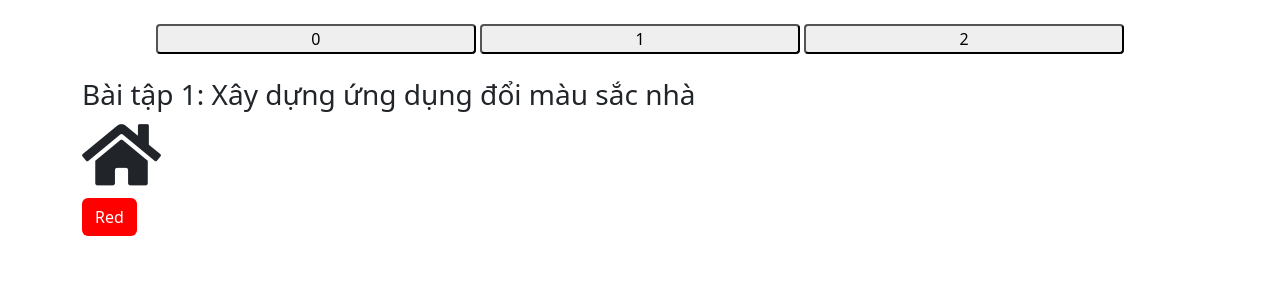
Repository: hcozyph/CyberSoft_Bai_Tap_Tren_Lop
Page: ES6/ES6_BASIC/index.html
These files come from the project's save history. The page is drawn as it stood at one moment and after the next save; the edit follows.
The browser window is 1280 px wide. The pictures show the whole page.
Some web libraries are served in a nearby version.

Above is the page before, as saved 2023-03-19 11:05:59.
Console error: ReferenceError: hoTen is not defined

### ES6/ES6_BASIC/index.html
<!DOCTYPE html>
<html lang="en">
    <head>
        <title>ES6-BASIC</title>
        <!-- Required meta tags -->
        <meta charset="utf-8" />
        <meta
            name="viewport"
            content="width=device-width, initial-scale=1, shrink-to-fit=no"
        />

        <link
            rel="stylesheet"
            href="https://use.fontawesome.com/releases/v5.1.1/css/all.css"
            integrity="sha384-O8whS3fhG2OnA5Kas0Y9l3cfpmYjapjI0E4theH4iuMD+pLhbf6JI0jIMfYcK3yZ"
            crossorigin="anonymous"
        />
        <!-- Bootstrap CSS v5.2.1 -->
        <link
            href="https://cdn.jsdelivr.net/npm/bootstrap@5.2.1/dist/css/bootstrap.min.css"
            rel="stylesheet"
            integrity="sha384-iYQeCzEYFbKjA/T2uDLTpkwGzCiq6soy8tYaI1GyVh/UjpbCx/TYkiZhlZB6+fzT"
            crossorigin="anonymous"
        />
    </head>

    <body>
        <div class="text-center my-4">
            <button class="w-25 rounded-1">0</button>
            <button class="w-25 rounded-1">1</button>
            <button class="w-25 rounded-1">2</button>
        </div>

        <div class="container">
            <h3>Bài tập 1: Xây dựng ứng dụng đổi màu sắc nhà</h3>
            <i class="fa fa-home" id="home" style="font-size: 70px"></i>

            <div id="colors" class="mt-2">
                <button class="btn text-white" style="background-color: red">
                    Red
                </button>
            </div>
        </div>

        <!-- Bootstrap JavaScript Libraries -->
        <script
            src="https://cdn.jsdelivr.net/npm/@popperjs/core@2.11.6/dist/umd/popper.min.js"
            integrity="sha384-oBqDVmMz9ATKxIep9tiCxS/Z9fNfEXiDAYTujMAeBAsjFuCZSmKbSSUnQlmh/jp3"
            crossorigin="anonymous"
        ></script>

        <script
            src="https://cdn.jsdelivr.net/npm/bootstrap@5.2.1/dist/js/bootstrap.min.js"
            integrity="sha384-7VPbUDkoPSGFnVtYi0QogXtr74QeVeeIs99Qfg5YCF+TidwNdjvaKZX19NZ/e6oz"
            crossorigin="anonymous"
        ></script>
        <script type="module" src="./index.js"></script>
    </body>
</html>

### ES6/ES6_BASIC/index.js
/*-------  Cơ chế khai báo biến ------ */

/*
PHẠM VI BIẾN
- var: Hỗ trợ cơ chế hoisting, nên phạm vi biến là toàn cục

- let:
    > KHÔNG hỗ trợ cơ chế hoisting khi khai báo biến trùng tên với nhau trên cùng một scope thì browser báo lỗi.
    > Khi khai báo let ở các scope khác nhau thi giá trị sẽ phân biệt.

- const: Tương tự let, tuy nhiên giá trị không được phép gán lại.

=>>> Dùng let thay thế cho var thì khai báo biến trong ES6
*/

var arrButton = document.querySelectorAll('button');

for (var index = 0; index < arrButton.length; index++) {
    let btn = arrButton[index];
    btn.onclick = function () {
        alert(btn.innerHTML);
    }
}

/*------- HÀM -------*/

//----------declaration function ----- <Hỗ trợ hoisting>
function tenHam() {
    console.log('ten ham');
}

//-----------express function ----- <Không hỗ trợ hoisting>
var showMessage = function () {
    console.log('showMessage');
}


/*
------------- CONTEXT (ngữ cảnh this) ----------------

OBJECT: trong object thì this sẽ là object.

FUNCTION: trong function đối tượng nào thực thi phương thức thì this sẽ là đối tượng đó. Nói cách khác this trong function là function đó.

DEFAULT: this là window.(Khi ngữ cảnh trồng chéo nhau). Nếu mở tính năng module của thẻ script thì sẽ báo lỗi

*/
hoTen = 'nguyen van teo';
console.log('width:', window.innerWidth);
console.log('title:', window.document.title);
console.log('name:', window.hoTen);


var sinhvien = {
    ma: 1,
    ten: 'Phuoc',
    hienThiThongTin: function () {
        function hienThi() {
            console.log(this.ma);
            console.log(this.ten);
        }
        hienThi();
    }
}
sinhvien.hienThiThongTin();


function Product() {
    this.id = '';
    this.name = '';
    this.showInfo = function () {
        console.log('id', this.id);
        console.log('name', this.name);
    };
}

var prd1 = new Product();
prd1.id = 1;
prd1.name = 'Product A';
prd1.showInfo();

var prd2 = new Product();
prd2.id = 2;
prd2.name = 'Product B';
prd2.showInfo();


/*----------- ARROW FUNCTION  ------------*/

/* Arrow function là cách khai báo hàm với cú pháp '=>'
    + Khai báo hàm ngắn gọn hơn:
        + Đối với hàm chỉ có 1 tham số thì sẽ không cẩn () cho tham số. VD: (title) => {} tương đương title => {}
        + Đối với hàm chỉ có 1 lệnh return thì sẽ không cần ghi chữ return và {}. Ví dụ (a,b)=> {return a+b;} tương đương (a,b) => a+b

    + Loại bỏ được ngữ cảnh (this)
    + Không dùng cho việc khai báo Prototype và cũng không hỗ trợ hoisting => dùng cho mục đích khai báo hàm( hàm không phụ thuộc vào prototype)
*/

var showInfoProduct = () => {
    console.log('Hello hcozyph bc43');
    console.log(this);
}
// var prd = new showInfoProduct();'

var sayHello = (name) => {
    return 'hello' + name;
}

var sayHelloArrow = name => `hello ${name}`;

After the next save:
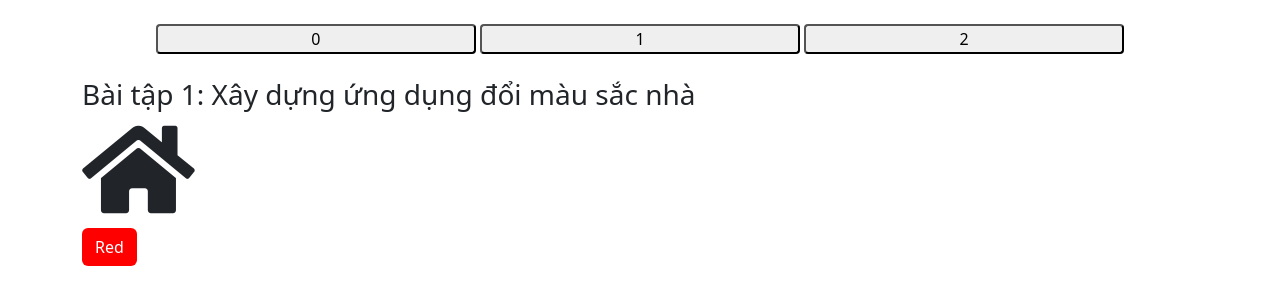
Saved 6 s later.
--- a/ES6/ES6_BASIC/index.html
+++ b/ES6/ES6_BASIC/index.html
@@ -33,7 +33,7 @@
 
         <div class="container">
             <h3>Bài tập 1: Xây dựng ứng dụng đổi màu sắc nhà</h3>
-            <i class="fa fa-home" id="home" style="font-size: 70px"></i>
+            <i class="fa fa-home" id="home" style="font-size: 100px"></i>
 
             <div id="colors" class="mt-2">
                 <button class="btn text-white" style="background-color: red">
